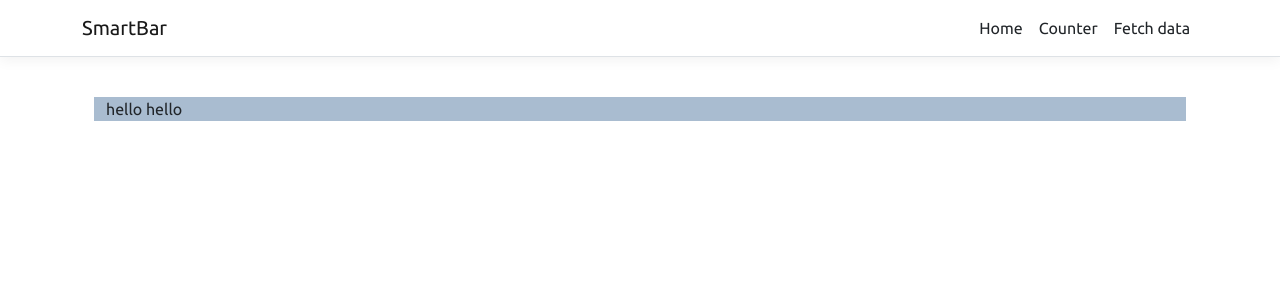
Repository: dropauteriai/SmartBarFrontEnd
Page: /
An editor plug-in stored every save of this project. The page is shown before and after the next save, followed by the edit.
The browser window is 1280 px wide. The pictures show the whole page.
The page's requests for data from a server got no answer. The project was rebuilt for these pictures with package versions that can differ from the ones it lists, and the page was loaded fresh each time. No one was signed in, and anything a server would have sent is missing. Also part of the build but not shown: src/components/Counter.js, src/components/FetchData.js, src/components/Card.js, src/components/SideBar.js.

Above is the page before, as saved 2023-02-14 05:51:01.

After the next save:
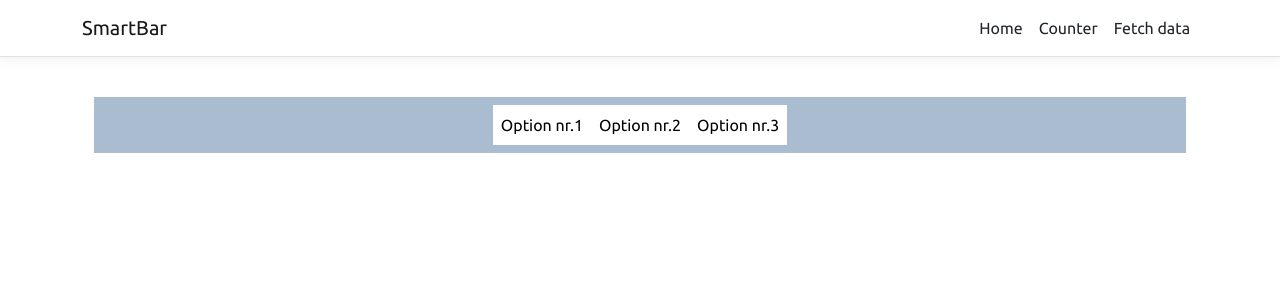
Saved 5 s later.
--- a/src/components/Popup.js
+++ b/src/components/Popup.js
@@ -2,8 +2,10 @@ import React from 'react';
 
 export default function Popup () {
     return (
-        <div className="d-inline-flex  bg-primary">
-            hello hello
+        <div className="d-inline-flex p-2 align-items-center justify-content-center bg-primary">
+            <button className="p-2 border-0 align-items-center justify-content-center bg-white">Option nr.1</button>
+            <button className="p-2 border-0 align-items-center justify-content-center bg-white">Option nr.2</button>
+            <button className="p-2 border-0 align-items-center justify-content-center bg-white">Option nr.3</button>
         </div>
     );
 }
